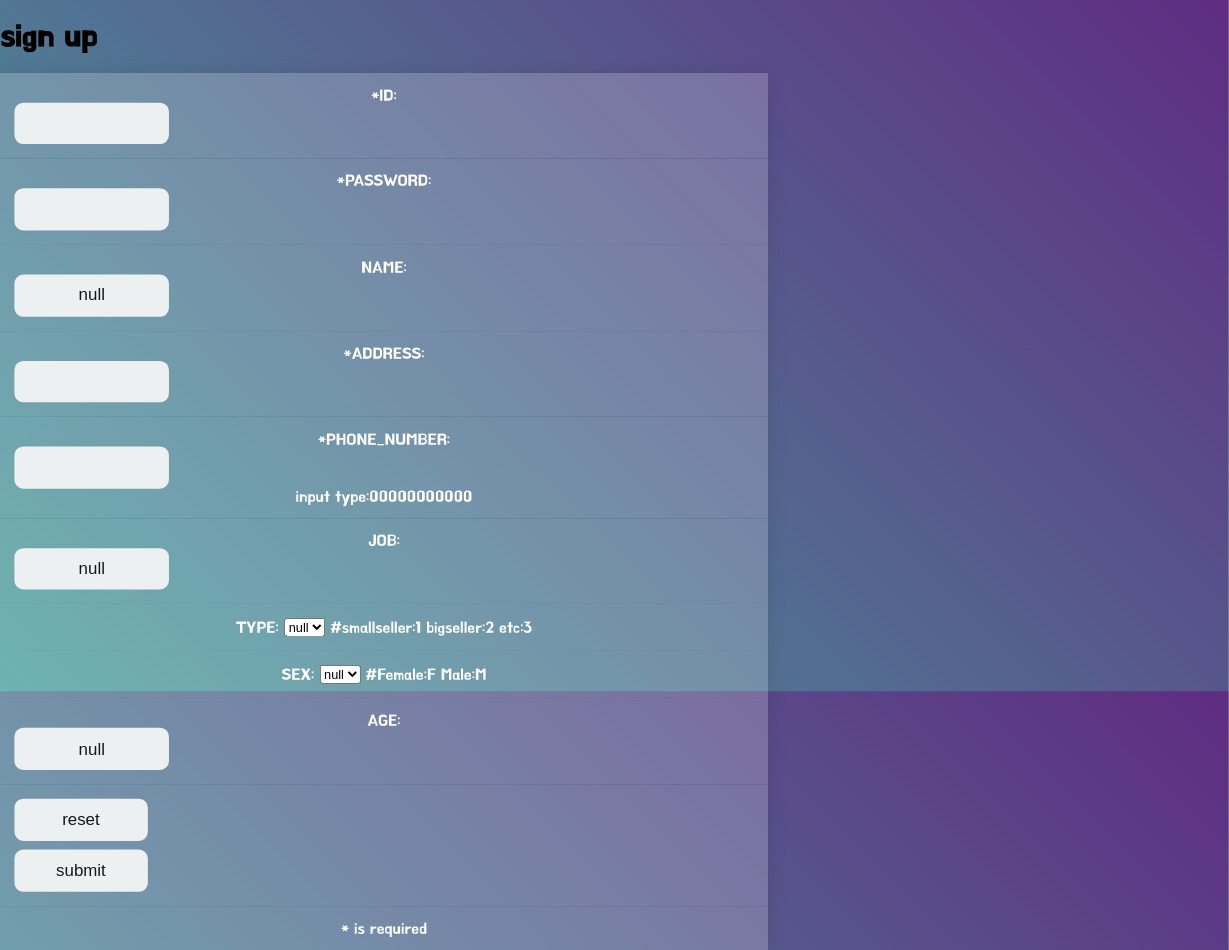
Repository: MIR013/KNU_DB_Project_Team5
Page: http://localhost/Databaase/Sign_up.html
An editor plug-in stored every save of this project. The page is shown before and after the next save, followed by the edit.
The browser window is 1280 px wide. The pictures show the whole page, at 96% of full size.
The page is served by Tomcat 9. Nobody is signed in. The application's start-up code is not run.

Above is the page before, as saved 2018-11-22 07:18:26.

### dbphase/Databaase/WebContent/Sign_up.html
<!DOCTYPE html>
<html>
<head>
<link rel='stylesheet' type='text/css' href='mystyle.css'>
<meta charset="UTF-8">
<title>Insert title here</title>

<script language="JavaScript">


</script>

</head>
<body>
<h1> sign up</h1>
	<form action="sign_up.jsp" method="POST">
	<table>
			<tr>
				<td>*ID: <input type="text" name="signUpID" required/></td>
			</tr>
			<tr>
				<td>*PASSWORD: <input type="text" name="signUpPASSWORD" required/></td>
			</tr>
			<tr>
				<td>NAME: <input type="text" name="signUpNAME" value="null"/></td>
			</tr>
			<tr>
				<td>*ADDRESS: <input type="text" name="signUpADDRESS" required/></td>
			</tr>
			<tr>
				<td>*PHONE_NUMBER: <input type="text" name="signUpPHONE_NUMBER" required/> input type:00000000000 </td>
			</tr>
			<tr>
				<td>JOB: <input type="text" name="signUpJOB" value="null"/></td>
			</tr>
			<tr>
				<td>TYPE: <select name="signUpTYPE"> <option value="1">1</option>
													<option value="2">2</option>
													<option value="3">3</option>
													<option value="null" selected>null</option>
													</select> #smallseller:1 bigseller:2 etc:3 </td>
			</tr>
			<tr>
				<td>SEX: <select name="signUpSEX"> <option value="f">F</option>
													<option value="m">M</option>
													<option value="null" selected>null</option>
													</select> #Female:F Male:M </td></td>
			</tr>
			<tr>
				<td>AGE: <input type="text" name="signUpAGE" value="null"/></td>
			</tr>
			<tr>
				<td><input type="reset" value="reset"/> <input type="submit" value="submit"/> </td>
			</tr>
			<tr>
				<td> * is required </td>
			</tr>



		</table>
	</form>



</body>
</html>

### dbphase/Databaase/WebContent/mystyle.css


@font-face{
	font-family:"hanna";
	src:url("hanna.ttf")format("truetype");
}




input, button {
    display: block;
    width: 18%;
    text-align: center;
    font-size: 1.1em;
    padding: 1ex;
    border: 2px solid #ECF0F1;
    transition: border ease 500ms;
    border-radius: 1ex;
    background: #ECF0F1;
    color: #181818;

    &:focus {
      outline: none;
      border: 2px solid #3498DB;
    }

    &:not(:last-child) {
      margin-bottom: 1ex;
    }
  }
button {
   color: white;
   border: 2px solid #3498DB;
   background: #3498DB;
}

html,
body {
	height: 100%;
}


body {
	margin: 0;
	background: linear-gradient(45deg, #49a09d, #5f2c82);
	font-family: hanna;
	font-weight: 100;
}

.container {
	position: absolute;
	top: 50%;
	left: 50%;
	transform: translate(-50%, -50%);
}

table {
	width: 800px;
	border-collapse: collapse;
	overflow: hidden;
	box-shadow: 0 0 20px rgba(0,0,0,0.1);
}

th,
td {
	white-space:nowrap;
	text-align: center;
	padding: 15px;
	background-color: rgba(255,255,255,0.2);
	color: #fff;
	margin-left: auto; margin-right: auto;
}

th {
	text-align: center;
}

thead {
	th {
		background-color: #55608f;
	}
}

tbody {
	tr {
		&:hover {
			background-color: rgba(255,255,255,0.3);
		}
	}
	td {
		position: relative;
		&:hover {
			&:before {
				content: "";
				position: absolute;
				left: 0;
				right: 0;
				top: -9999px;
				bottom: -9999px;
				background-color: rgba(255,255,255,0.2);
				z-index: -1;
			}
		}
	}
}

After the next save:
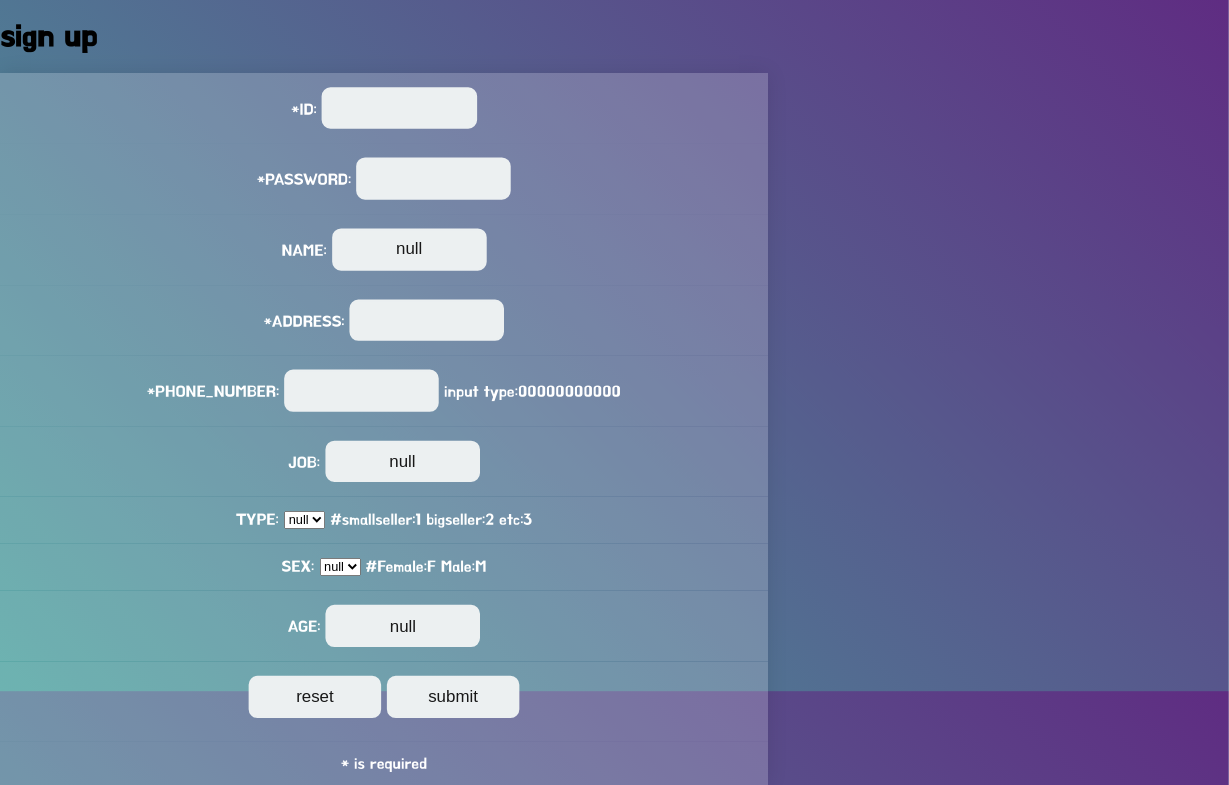
Saved 60 s later.
--- a/dbphase/Databaase/WebContent/mystyle.css
+++ b/dbphase/Databaase/WebContent/mystyle.css
@@ -9,7 +9,6 @@
 
 
 input, button {
-    display: block;
     width: 18%;
     text-align: center;
     font-size: 1.1em;
